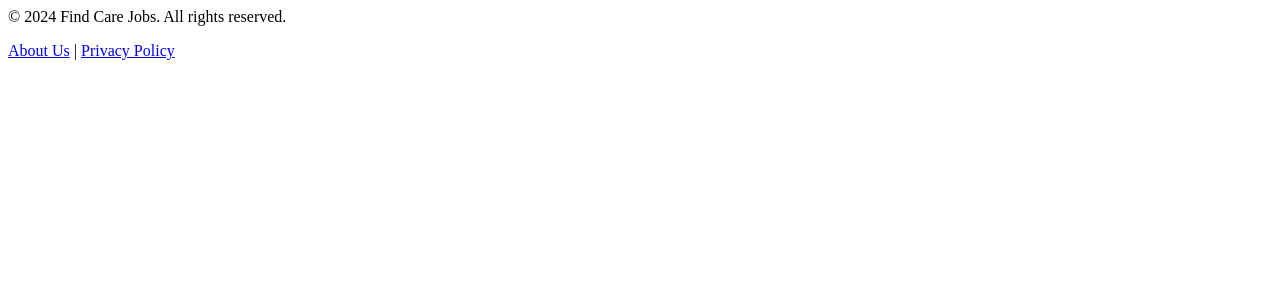
Repository: RichardCareJobs/find-care-jobs
Page: footer.html
These files come from the project's save history. The page is drawn as it stood at one moment and after the next save; the edit follows.
The browser window is 1280 px wide. The pictures show the whole page.

Above is the page before, as saved 2025-05-11 13:05:52.

### footer.html
<footer class="global-footer">
    <p>&copy; 2024 Find Care Jobs. All rights reserved.</p>
    <nav>
        <a href="/about">About Us</a> |

        <a href="/privacy">Privacy Policy</a>
    </nav>
</footer>

After the next save:
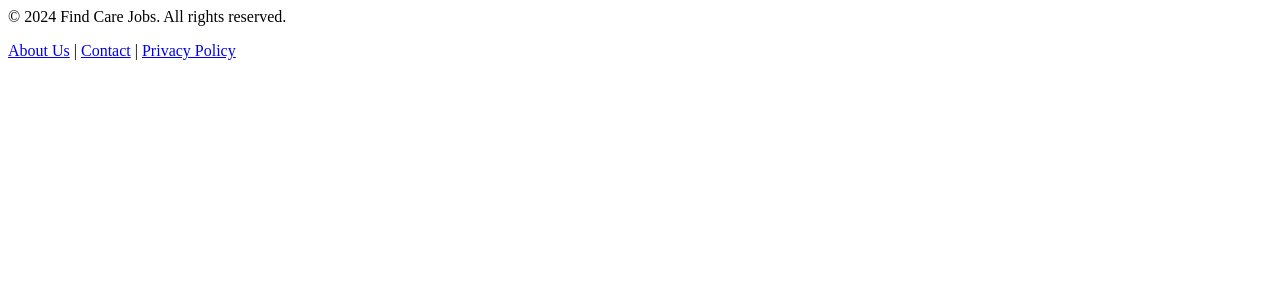
Saved 4 s later.
--- a/footer.html
+++ b/footer.html
@@ -2,7 +2,7 @@
     <p>&copy; 2024 Find Care Jobs. All rights reserved.</p>
     <nav>
         <a href="/about">About Us</a> |
-
+        <a href="/contact">Contact</a> |
         <a href="/privacy">Privacy Policy</a>
     </nav>
 </footer>

After the save that followed:
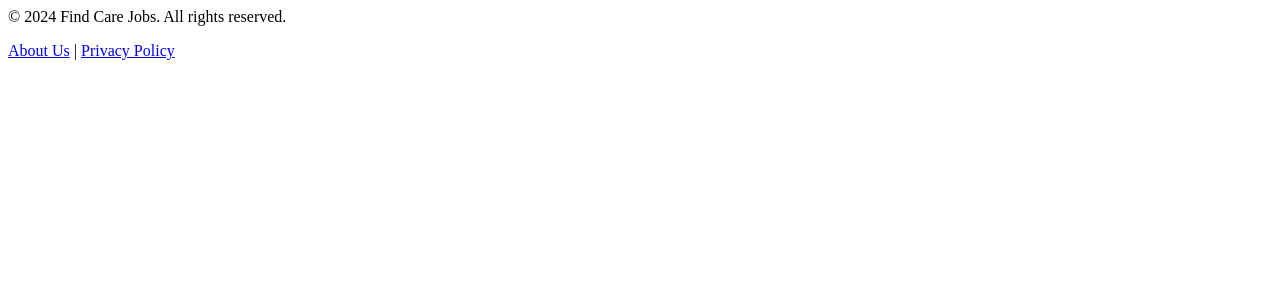
Saved 46 s later.
--- a/footer.html
+++ b/footer.html
@@ -2,7 +2,7 @@
     <p>&copy; 2024 Find Care Jobs. All rights reserved.</p>
     <nav>
         <a href="/about">About Us</a> |
-        <a href="/contact">Contact</a> |
+
         <a href="/privacy">Privacy Policy</a>
     </nav>
 </footer>
